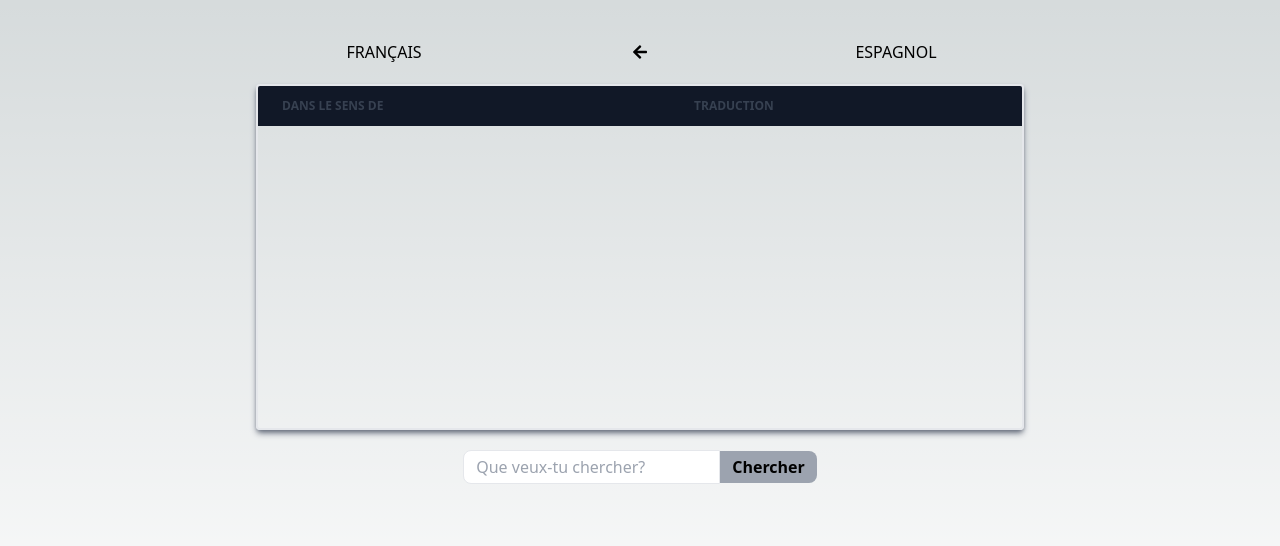
Repository: All-Khwarizmi/Dico
Page: /
The author's editor kept a copy of each file at every save. The page is drawn from the files as they stood at one save, then again after the next save.
The browser window is 1280 px wide. The pictures show the whole page.
The project was rebuilt for these pictures with package versions that can differ from the ones it lists, and the page was loaded fresh each time. The framework's server and built-in components were replaced by stand-ins that run in the browser. Also part of the build but not shown: next.config.js, vite.config.ts.

Above is the page before, as saved 2023-02-17 18:40:03.

After the next save:
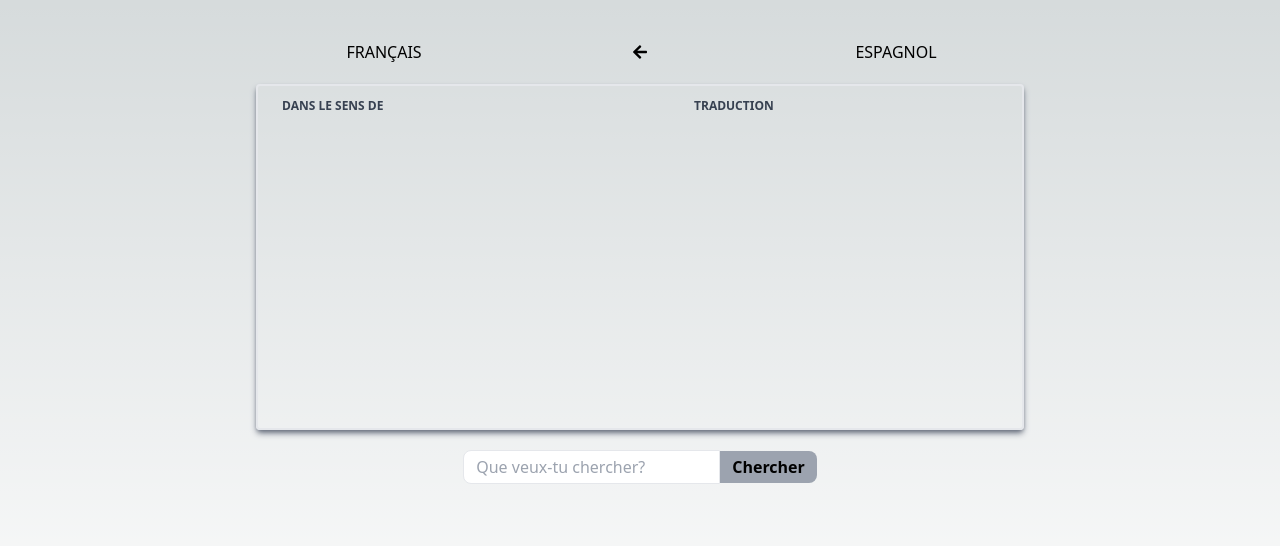
Saved 29 s later.
--- a/src/app/page.tsx
+++ b/src/app/page.tsx
@@ -112,7 +112,7 @@ export default function Home() {
           <div className='text-black '>
             <div className=''>
               <table className='  relative w-full text-left text-sm text-gray-500 dark:text-gray-400'>
-                <thead className='  sticky top-0 bg-gray-900 text-xs uppercase text-gray-700 '>
+                <thead className='  sticky top-0 dark:bg-gray-900 text-xs uppercase text-gray-700 '>
                   <tr>
                     <th scope='col' className='px-6 dark:text-white py-3 '>
                       Dans le sens de
